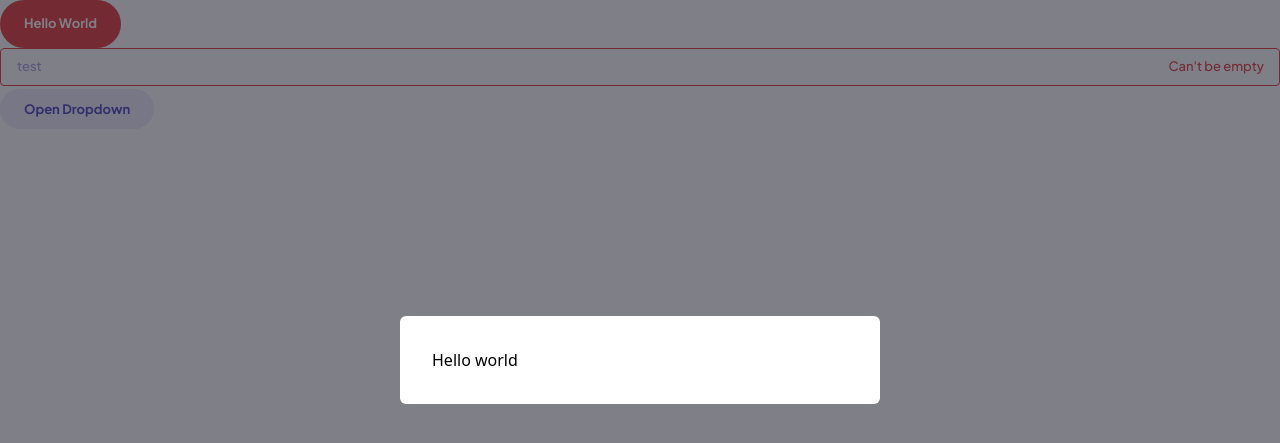
Repository: Baraajad231/Kanban-Board
Page: /
An editor plug-in stored every save of this project. The page is shown before and after the next save, followed by the edit.
The browser window is 1280 px wide. The pictures show the whole page.
The project was rebuilt for these pictures with package versions that can differ from the ones it lists, and the page was loaded fresh each time. Also part of the build but not shown: vite.config.js.

Above is the page before, as saved 2026-03-24 21:48:10.

### index.html
<!doctype html>
<html lang="en">
  <head>
    <meta charset="UTF-8" />
    <meta name="viewport" content="width=device-width, initial-scale=1.0" />
    <link rel="preconnect" href="https://fonts.googleapis.com" />
    <link rel="preconnect" href="https://fonts.gstatic.com" crossorigin />
    <link
      href="https://fonts.googleapis.com/css2?family=Plus+Jakarta+Sans:ital,wght@0,200..800;1,200..800&display=swap"
      rel="stylesheet"
    />
    <title>kanban-board</title>
  </head>
  <body>
    <div id="root"></div>
    <script type="module" src="/src/main.jsx"></script>
  </body>
</html>

### src/index.css
@import "tailwindcss";

@theme {
  --font-jakarta: "Plus Jakarta Sans", sans-serif;

  --color-transparent: transparent;
  --color-current: currentColor;

  --color-main-purple: #635fc7;
  --color-main-purple-hover: #a8a4ff;
  --color-white: #ffffff;
  --color-black: #000112;
  --color-very-dark-grey: #1e1e1e;
  --color-dark-grey: #2b2c37;
  --color-lines: #3e3f4e;
  --color-medium-grey: #828fa3;
  --color-lines-light: #e4ebfa;
  --color-light-grey: #f4f7fd;
  --color-red: #ea5555;
  --color-red-hover: #ff9898;

  /* أحجام الخطوط - التنسيق صحيح جداً لـ Tailwind v4 */
  --text-heading-s: 0.75rem;
  --text-heading-s--font-weight: 700;

  --text-heading-m: 0.9rem;
  --text-heading-m--font-weight: 700;

  --text-heading-l: 1.125rem;
  --text-heading-l--font-weight: 700;

  --text-heading-xl: 1.5rem;
  --text-heading-xl--font-weight: 700;

  --text-body-m: 0.75rem;
  --text-body-m--font-weight: 700;

  --text-body-l: 0.8125rem;
  --text-body-l--font-weight: 500;
}

### src/App.jsx
import Button from "./components/Button";
import DialogPrimitive from "./components/dialogPrimitive";
import DropdownPrimitive from "./components/DropDownPrimitive";
import TextField from "./components/TextField";

function App() {
  return (
    <div className="font-jakarta text-heading-xl text-main-purple">
      <Button variant="destructive" size="lg">
        Hello World
      </Button>
      <TextField placeholder="test" isInvalid />
      <DropdownPrimitive
        triggerComponent={() => (
          <Button variant="secondary" size="sm">
            Open Dropdown
          </Button>
        )}
        items={{
          edit: {
            label: "Edit board",
            onClick: () => console.log("Edit clicked"),
          },
          delete: {
            label: "Delete board",
            onClick: () => console.log("Delete clicked"),
          },
        }}
      />
      <DialogPrimitive isOpen={true}>Hello world</DialogPrimitive>
    </div>
  );
}

export default App;

### src/components/Button.jsx
import { cva } from "class-variance-authority";

const button = cva(
  ["rounded-full", "font-bold", "px-6", "duration-200", "text-[13px]"],
  {
    variants: {
      variant: {
        primary: ["bg-main-purple", "text-white", "hover:bg-main-purple-hover"],
        // **or**
        // primary: "bg-blue-500 text-white border-transparent hover:bg-blue-600",
        secondary: [
          "bg-main-purple/10",
          "text-main-purple",
          "hover:bg-main-purple/25",
        ],
        destructive: ["bg-red", "text-white", "hover:bg-red-hover"],
      },
      size: {
        sm: ["h-10"],
        lg: ["h-12"],
      },
      isFullWidth: {
        true: ["w-full"],
      },
      // `boolean` variants are also supported!
      isDisabled: {
        true: ["opacity-25", "cursor-not-allowed", "hover:bg-main-purple"],
      },
    },

    defaultVariants: {
      variant: "primary",
      size: "lg",
    },
  },
);

const Button = ({
  children,
  variant,
  size,
  isFullWidth,
  isDisabled,
  className,
  ...props
}) => {
  return (
    <button
      className={button({ variant, size, isFullWidth, isDisabled, className })}
      {...props}
    >
      {children}
    </button>
  );
};
export default Button;

### src/components/dialogPrimitive.jsx
import { Dialog } from "radix-ui";

/**
 * DialogPrimitive component
 * @param {Object} props
 * @param {string} props.title - The title of the dialog
 * @param {JSX.Element} props.triggerComponent - The component that triggers the dialog
 * @param {JSX.Element} props.children - The children components
 * @param {boolean} props.isOpen - A boolean to determine if the dialog is open
 * @param {Function} props.setOpen - A function to set the dialog state
 * @returns {JSX.Element}
 */

const DialogPrimitive = ({
  title,
  triggerComponent,
  children,
  isOpen,
  setOpen,
}) => (
  <Dialog.Root open={isOpen} onOpenChange={setOpen}>
    <Dialog.Trigger asChild>{triggerComponent}</Dialog.Trigger>
    <Dialog.Portal>
      <Dialog.Overlay className="data-[state=open]:animate-overlayShow fixed inset-0 bg-black/50" />
      <Dialog.Content className="data-[state=open]:animate-contentShow fixed top-[50%] left-[50%] max-h-[85vh] w-120 translate-x-[-50%] translate-y-[-50%] overflow-auto rounded-md bg-white p-8 focus:outline-none">
        <Dialog.Title className="text-heading-l">{title}</Dialog.Title>
        {children}
      </Dialog.Content>
    </Dialog.Portal>
  </Dialog.Root>
);

export default DialogPrimitive;

### src/components/DropDownPrimitive.jsx
import * as React from "react";
import { DropdownMenu } from "radix-ui";
import clsx from "clsx";
// طريقة بتخلينا نعمل document لل component تاعنا
// jsdocs
/**
 * @param {Object} props
 * @param {Function} props.triggerComponent
 * @param {Object} props.items
 * @param {string} props.items.label -- the text that will be shown in the dropdown item
 * @param {Function} props.items.onClick -- the function that will be called when the dropdown item is clicked
 * @returns {JSX.Element}
 */
const DropdownPrimitive = ({ triggerComponent, items }) => {
  return (
    <DropdownMenu.Root>
      <DropdownMenu.Trigger asChild>
        {triggerComponent && triggerComponent()}
      </DropdownMenu.Trigger>

      <DropdownMenu.Portal>
        <DropdownMenu.Content
          className="data-[side=bottom]:animate-slideUpAndFade data-[side=left]:animate-slideRightAndFade data-[side=right]:animate-slideLeftAndFade data-[side=top]:animate-slideDownAndFade min-w-55 rounded-md bg-white p-1.25 shadow-[0px_10px_38px_-10px_rgba(22,23,24,0.35),0px_10px_20px_-15px_rgba(22,23,24,0.2)] will-change-[opacity,transform]"
          sideOffset={32}
        >
          {items &&
            Object.keys(items).map((item) => (
              <DropdownMenu.Item
                key={items[item].label}
                onClick={items[item].onClick}
                className={clsx(
                  "group text-body-l data-highlighted:bg-light-grey cursor-pointer p-4 leading-none outline-none",
                  {
                    "text-red": items[item].label.includes("Delete"),
                  },
                )}
              >
                {items[item].label}
              </DropdownMenu.Item>
            ))}
        </DropdownMenu.Content>
      </DropdownMenu.Portal>
    </DropdownMenu.Root>
  );
};

export default DropdownPrimitive;

### src/components/TextField.jsx
import clsx from "clsx";

const TextField = ({
  placeholder,
  isInvalid,
  name,
  required,
  defaultValue,
}) => {
  return (
    <div className="relative flex min-w-80 flex-1 items-center">
      {isInvalid && (
        <span className="text-body-l text-red absolute right-4 text-sm">
          Can't be empty
        </span>
      )}

      <input
        type="text"
        name={name}
        defaultValue={defaultValue}
        placeholder={placeholder}
        required={required}
        className={clsx(
          "border-medium-gray/25 text-body-l w-full rounded-sm border py-2 pl-4",
          {
            "border-red pr-32": isInvalid,
            "pr-4": !isInvalid,
          },
        )}
      />
    </div>
  );
};

export default TextField;

Loaded but not shown: src/main.jsx (common file)

After the next save:
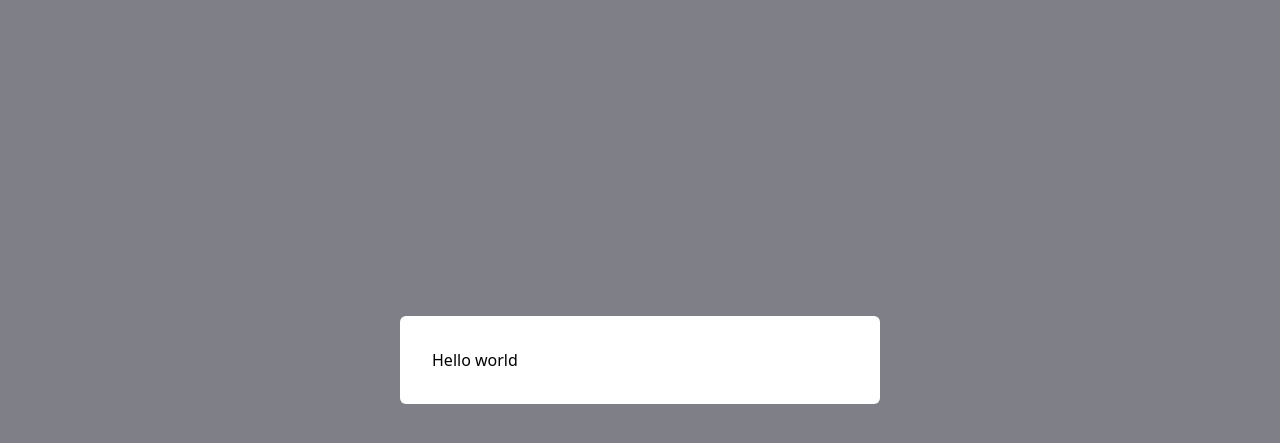
Saved 79 s later.
--- a/src/App.jsx
+++ b/src/App.jsx
@@ -6,27 +6,6 @@
 function App() {
   return (
     <div className="font-jakarta text-heading-xl text-main-purple">
-      <Button variant="destructive" size="lg">
-        Hello World
-      </Button>
-      <TextField placeholder="test" isInvalid />
-      <DropdownPrimitive
-        triggerComponent={() => (
-          <Button variant="secondary" size="sm">
-            Open Dropdown
-          </Button>
-        )}
-        items={{
-          edit: {
-            label: "Edit board",
-            onClick: () => console.log("Edit clicked"),
-          },
-          delete: {
-            label: "Delete board",
-            onClick: () => console.log("Delete clicked"),
-          },
-        }}
-      />
       <DialogPrimitive isOpen={true}>Hello world</DialogPrimitive>
     </div>
   );

After the save that followed:
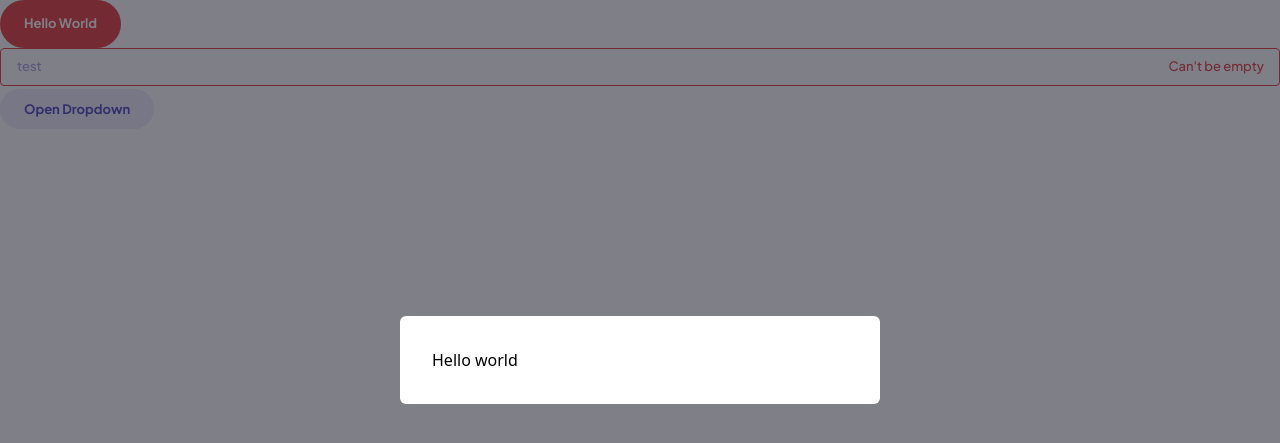
Saved 6 s later.
--- a/src/App.jsx
+++ b/src/App.jsx
@@ -6,6 +6,27 @@
 function App() {
   return (
     <div className="font-jakarta text-heading-xl text-main-purple">
+      <Button variant="destructive" size="lg">
+        Hello World
+      </Button>
+      <TextField placeholder="test" isInvalid />
+      <DropdownPrimitive
+        triggerComponent={() => (
+          <Button variant="secondary" size="sm">
+            Open Dropdown
+          </Button>
+        )}
+        items={{
+          edit: {
+            label: "Edit board",
+            onClick: () => console.log("Edit clicked"),
+          },
+          delete: {
+            label: "Delete board",
+            onClick: () => console.log("Delete clicked"),
+          },
+        }}
+      />
       <DialogPrimitive isOpen={true}>Hello world</DialogPrimitive>
     </div>
   );
